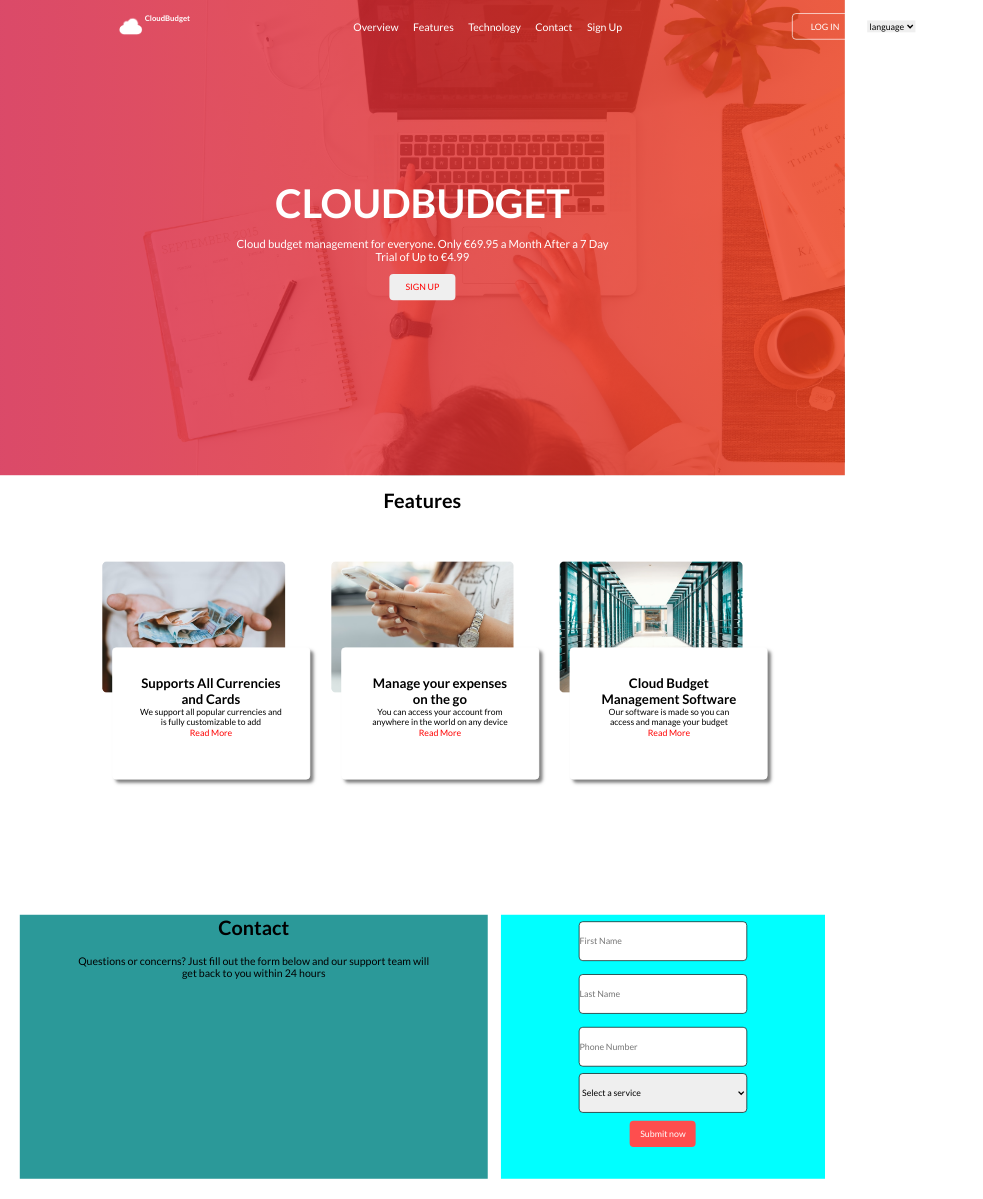
Repository: havvanurrana/website3
Page: index.html
The author's editor kept a copy of each file at every save. The page is drawn from the files as they stood at one save, then again after the next save.
The browser window is 1280 px wide. The page is 1490 px wide, so the pictures cover 1490 px, including what lies to the right of the window. The pictures show the whole page, at 66% of full size.

Above is the page before, as saved 2024-08-02 15:45:55.

After the next save:
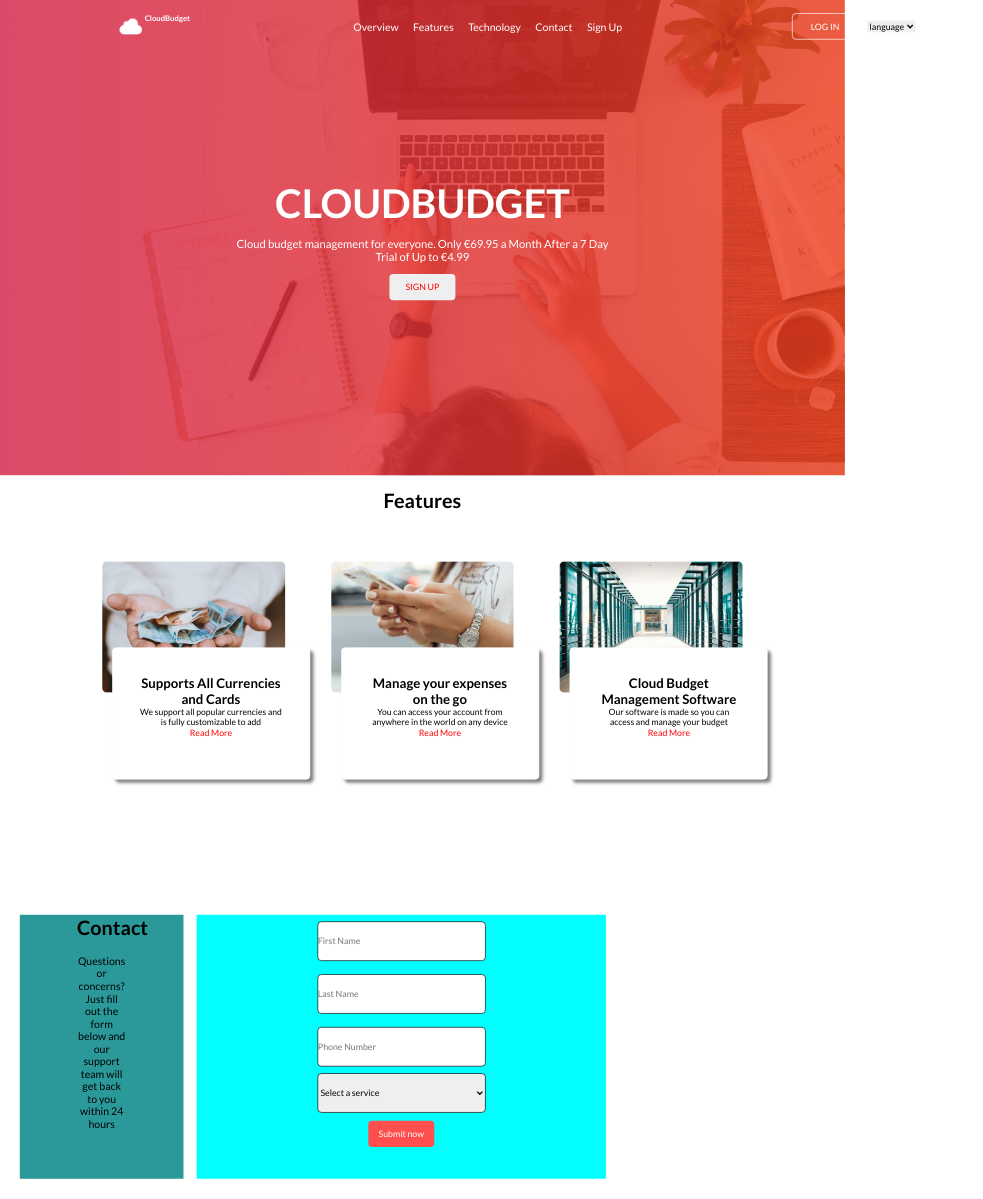
Saved 21 s later.
--- a/style.css
+++ b/style.css
@@ -241,7 +241,7 @@
    font-size: 16px;
 }
  .contact .contact-text{
-/*width: 20%;*/
+width: 20%;
 height: 40rem;
 background-color: rgb(43, 153, 153);
 }

After the save that followed:
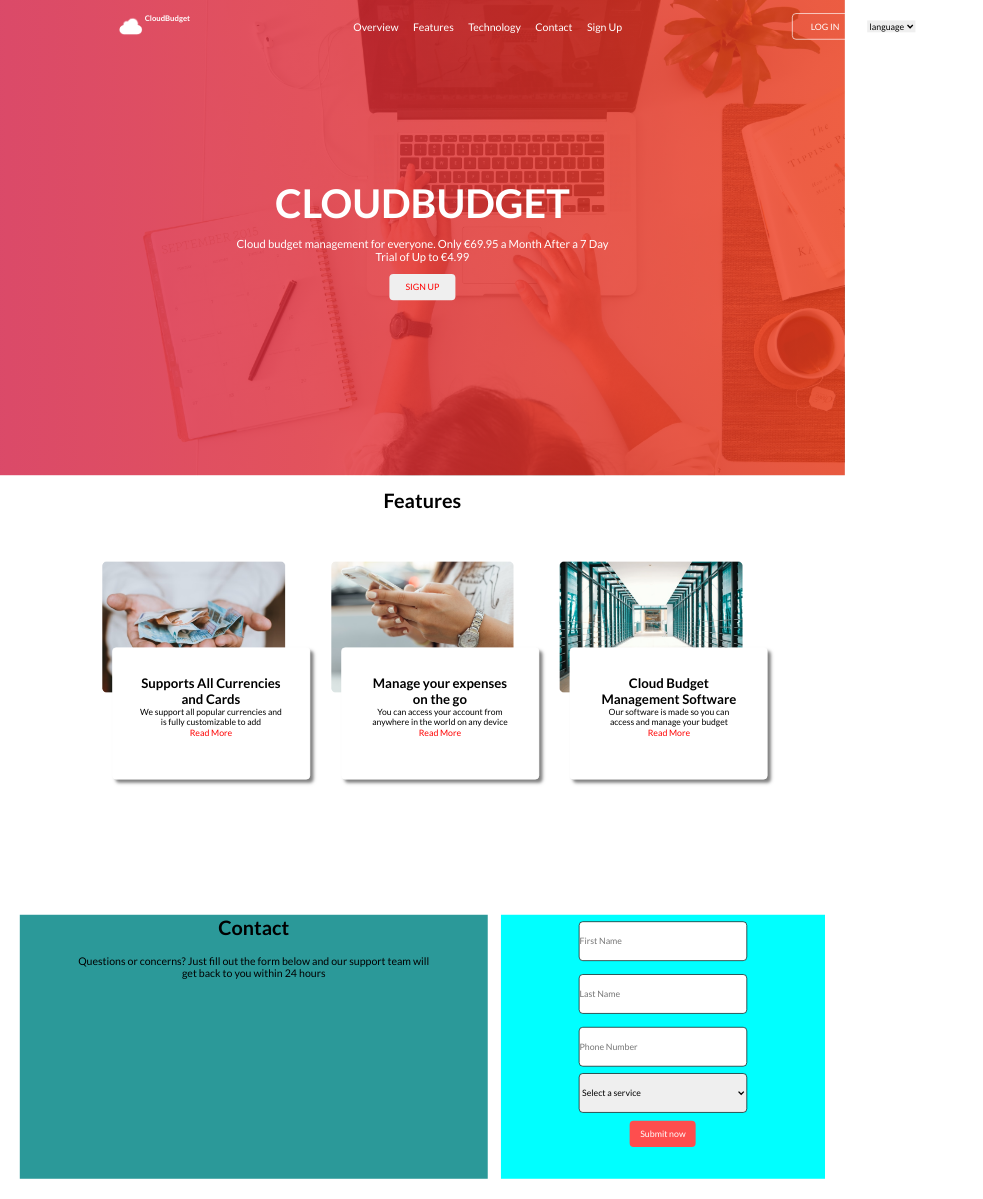
Saved 21 s later.
--- a/style.css
+++ b/style.css
@@ -241,7 +241,7 @@
    font-size: 16px;
 }
  .contact .contact-text{
-width: 20%;
+/*width: 20%;*/
 height: 40rem;
 background-color: rgb(43, 153, 153);
 }
